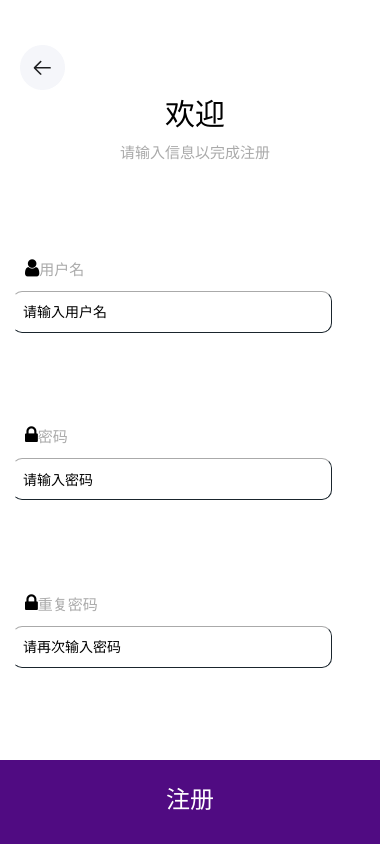
Repository: eyebone/barManager
Screen: /sign
An editor plug-in stored every save of this project. The screen is shown before and after the next save, followed by the edit.
The app was drawn by React Native's web renderer in a window 390 px wide. The project was rebuilt for these pictures with package versions that can differ from the ones it lists, and the page was loaded fresh each time. Some packages were replaced by stand-ins written for this rebuild. Also part of the build but not shown: components/EmojiPicker.js, components/Button.js, components/ImageViewer.js, components/circleButton.js, components/IconButton.js, view/ViewOne.js, view/Main.js.

Above is the screen before, as saved 2023-06-26 16:40:50.

After the next save:
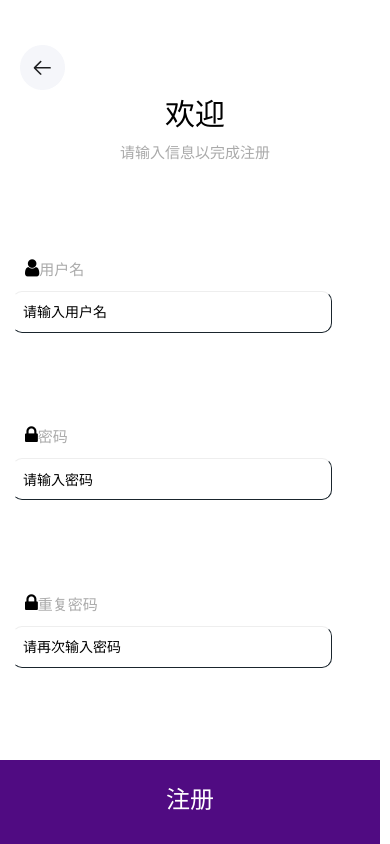
Saved 9 s later.
--- a/view/Sign.js
+++ b/view/Sign.js
@@ -154,7 +154,7 @@ const styles = StyleSheet.create({
     padding: 10,
     width: 320,
     borderRadius: 10,
-    borderTopColor: "#aaa",
+    borderTopColor: "#eee",
     borderLeftColor: "#Fff",
     borderRightColor: "#1A252D",
     borderBottomColor: "#1A252D",
